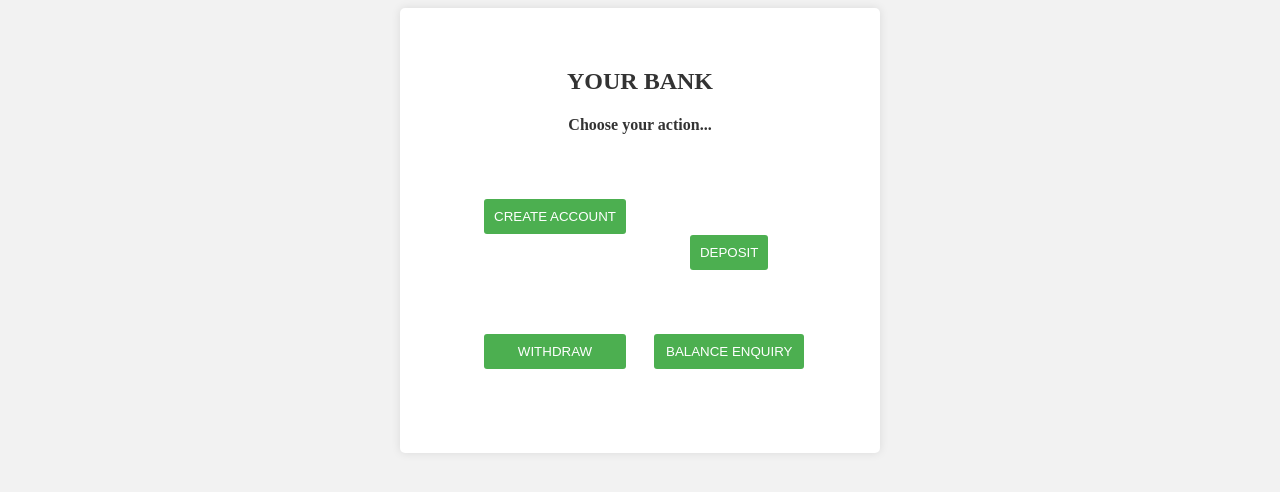
Repository: mansistic-0n3/Java_IGT
Page: Java Project/BankJSP/src/main/webapp/Home.html
These files come from the project's save history. The page is drawn as it stood at one moment and after the next save; the edit follows.
The browser window is 1280 px wide. The pictures show the whole page.

Above is the page before, as saved 2023-06-29 08:27:02.

### Java Project/BankJSP/src/main/webapp/Home.html
<!DOCTYPE html>
<html>
<head>
  <title>BANK</title>
</head>
<body style="background-color: #f2f2f2; text-align:center;">
<div style="max-width: 400px; margin: 0 auto; padding: 40px; background-color: #ffffff; border-radius: 5px; box-shadow: 0 0 10px rgba(0, 0, 0, 0.1);">
 <h2 style="text-align: center; color: #333333;">YOUR BANK</h2>
 <h4 style="text-align: center; color: #333333;">Choose your action...</h4>
  <div style="display: grid; grid-template-columns: repeat(2, 1fr); gap: 20px; max-width: 400px; margin: 0 auto; padding: 40px;">
   <form action="create.html"> <div style="text-align: center;padding:4px;">
      <input type="submit" value = "CREATE ACCOUNT" style="width: 100%; padding: 10px; border-radius: 3px; border: none; background-color: #4CAF50; color: #ffffff; cursor: pointer;">
    </div></form>
   <form action="Deposit.html"> <div style="text-align: center;padding:40px;">
      <input type="submit" value = "DEPOSIT" style="width: 100%; padding: 10px; border-radius: 3px; border: none; background-color: #4CAF50; color: #ffffff; cursor: pointer;">
    </div></form>
    <form action="Withdraw.html"> <div style="text-align: center; padding:4px;">
      <input type="submit" value = "WITHDRAW" style="width: 100%; padding: 10px; border-radius: 3px; border: none; background-color: #4CAF50; color: #ffffff; cursor: pointer;">
    </div></form>
     <form action="Bal.html"> <div style="text-align: center;padding:4px;">
      <input type="submit" value = "BALANCE ENQUIRY" style="width: 100%; padding: 10px; border-radius: 3px; border: none; background-color: #4CAF50; color: #ffffff; cursor: pointer;">
    </div></form>
  </div></div>
</body>
</html>

After the next save:
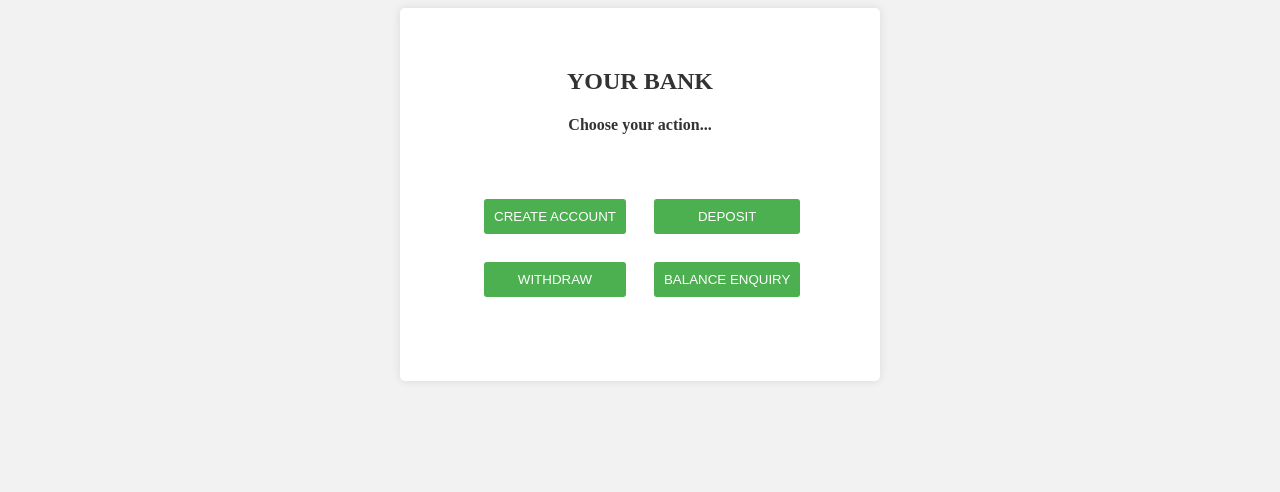
Saved 43 s later.
--- a/Java Project/BankJSP/src/main/webapp/Home.html
+++ b/Java Project/BankJSP/src/main/webapp/Home.html
@@ -11,7 +11,7 @@
    <form action="create.html"> <div style="text-align: center;padding:4px;">
       <input type="submit" value = "CREATE ACCOUNT" style="width: 100%; padding: 10px; border-radius: 3px; border: none; background-color: #4CAF50; color: #ffffff; cursor: pointer;">
     </div></form>
-   <form action="Deposit.html"> <div style="text-align: center;padding:40px;">
+   <form action="Deposit.html"> <div style="text-align: center;padding:4px;">
       <input type="submit" value = "DEPOSIT" style="width: 100%; padding: 10px; border-radius: 3px; border: none; background-color: #4CAF50; color: #ffffff; cursor: pointer;">
     </div></form>
     <form action="Withdraw.html"> <div style="text-align: center; padding:4px;">
